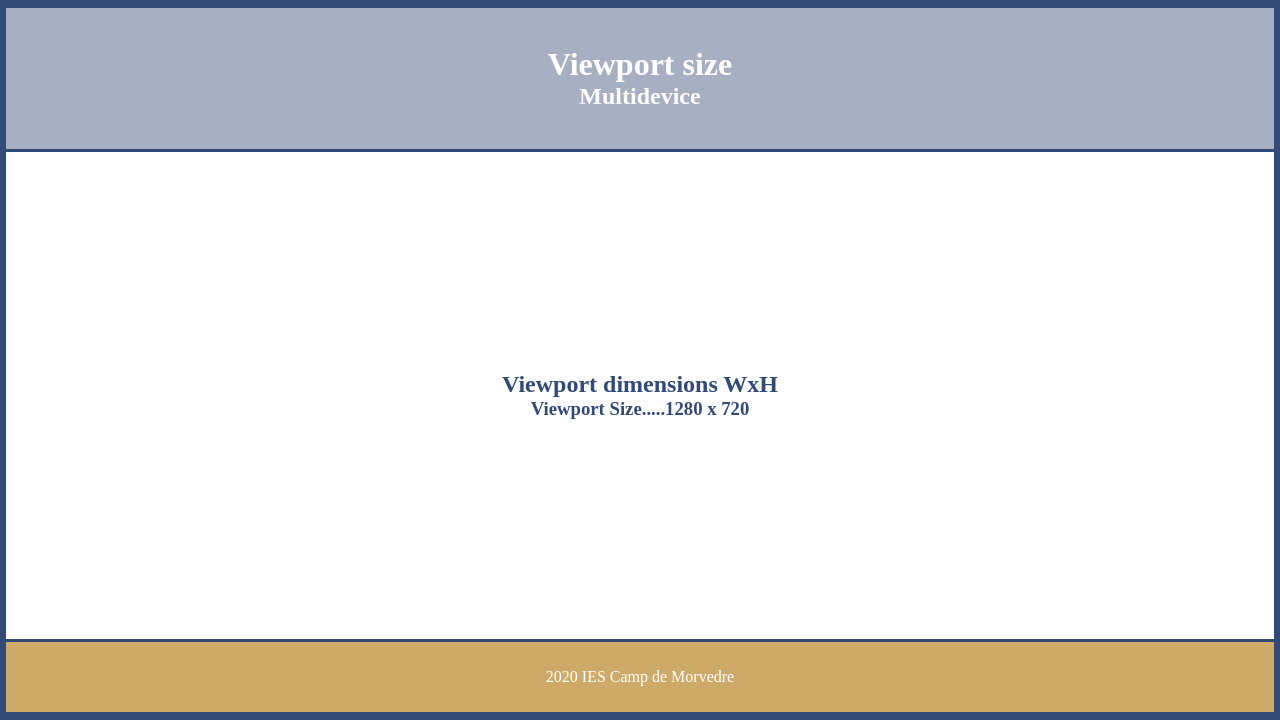
Repository: ufanodev/css-responsive-0
Page: index.html
The author's editor kept a copy of each file at every save. The page is drawn from the files as they stood at one save, then again after the next save.
The browser window is 1280 px wide. The pictures show the whole page.

Above is the page before, as saved 2020-01-16 03:50:15.

After the next save:
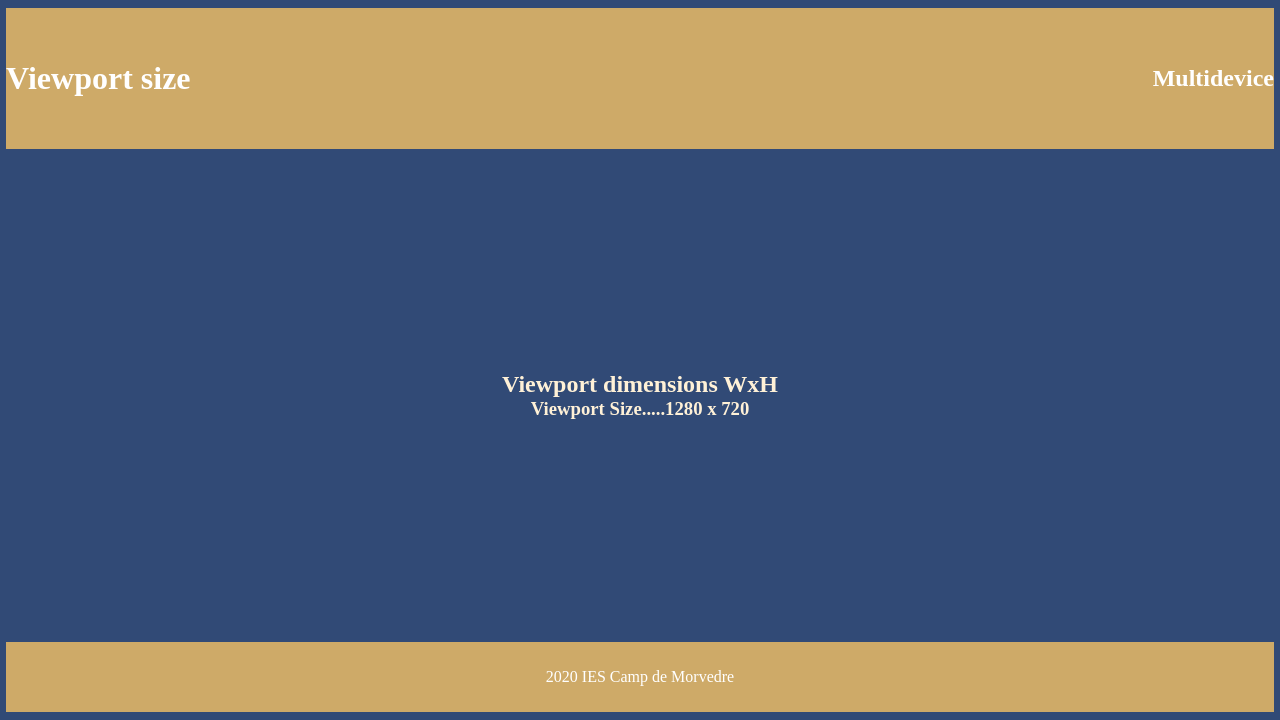
Saved 1060 days later.
--- a/css/fullpage.css
+++ b/css/fullpage.css
@@ -18,6 +18,7 @@
 .color-complement-4 { color: #B28A3F }
 
 *{box-sizing: border-box; margin:0}
+
 body {
     margin: 0 auto;
     background-color: #314A76;
@@ -29,6 +30,11 @@ body {
     flex-direction: column;
     padding: 8px 6px;
 }
+
+main h1{
+	display: none;
+}
+
 
 header,
 main,
@@ -43,6 +49,10 @@ header {
     height: 20%;
     min-height: 55px;
     background-color: #A7B0C2;
+}
+
+header img{
+    width: 10vh;
 }
 
 main {
@@ -61,3 +71,88 @@ footer {
 footer p {
     margin: 0;
 }
+
+/* Desktop*/
+@media only screen and (min-width: 1290px) and  (max-width: 1600px) {
+	main h1:nth-of-type(1){
+		display: inline;
+    }
+    header{
+        height: 20%;
+        min-height: 55px;
+        background-color: #CEAA68;
+        display:flex;
+        flex-direction: row;
+        justify-content: space-between;
+        align-items: center;
+    }
+    main{
+        background-color: #66789A;
+        color: #FFE8BE;
+    }
+}
+
+/*  Tablet */
+@media only screen and (min-width: 795px) and  (max-width: 1280px){
+	main h1:nth-of-type(2){
+		display: inline;
+    }
+    header{
+        height: 20%;
+        min-height: 55px;
+        background-color: #CEAA68;
+        display:flex;
+        flex-direction: row;
+        justify-content: space-between;
+        align-items: center;
+    }
+    main{
+        background-color: #314A76;
+        color: #FFF1D7;
+    }
+
+}
+
+
+/*  Movil  portrait*/
+@media only screen and (max-width: 550px) and (orientation : portrait) {
+     /*  Movil */
+    main h1:nth-of-type(3){
+		display: inline;
+    }
+    header{
+        height: 50%;
+        min-height: 55px;
+        background-color: #A7B0C2;
+        display:flex;
+        flex-direction: column;
+        justify-content: space-between;
+        align-items: center;
+    }
+    main{
+        background-color: #314A76;
+        color: #FFF1D7;
+    }
+}
+
+/*  Movil  landscape*/
+@media only screen and (min-width: 550px) and (max-width: 790px)  and (orientation : landscape) {
+    /*  Movil */
+   main h1:nth-of-type(3){
+       display: inline;
+   }
+   header{
+       height: 30%;
+       min-height: 55px;
+       background-color: #A7B0C2;
+       display:flex;
+       flex-direction: row;
+       justify-content: space-between;
+       align-items: center;
+    }
+    main{
+        background-color: #FFF1D7;
+        color: #314A76;
+    }
+
+}
